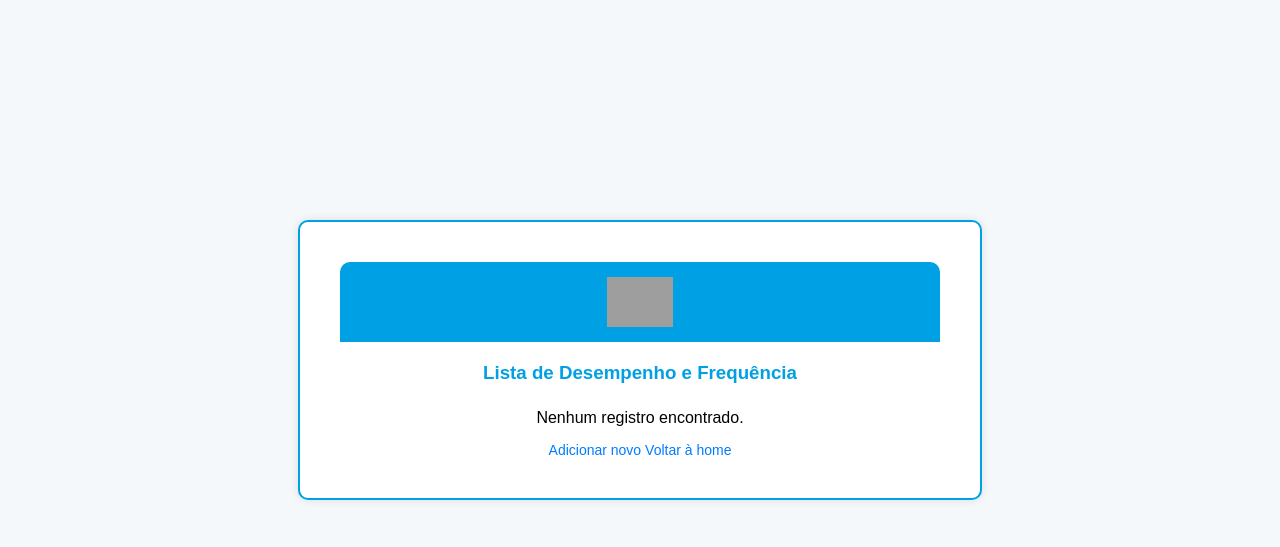
Repository: Guilherme-burle/Portal-do-Aluno-P2
Page: http://localhost/listDF/
The author's editor kept a copy of each file at every save. The page is drawn from the files as they stood at one save, then again after the next save.
The browser window is 1280 px wide. The pictures show the whole page.
Pictures or frames that could not be fetched are drawn as grey boxes. The page is served by the project's application, run on Django 5.2 (PortaldoAluno/manage.py). A made-up administrator, testuser (Test User, test@example.com), is signed in. Queries for data that is not in the repository find no rows.

Above is the page before, as saved 2025-05-19 19:24:59.

After the next save:
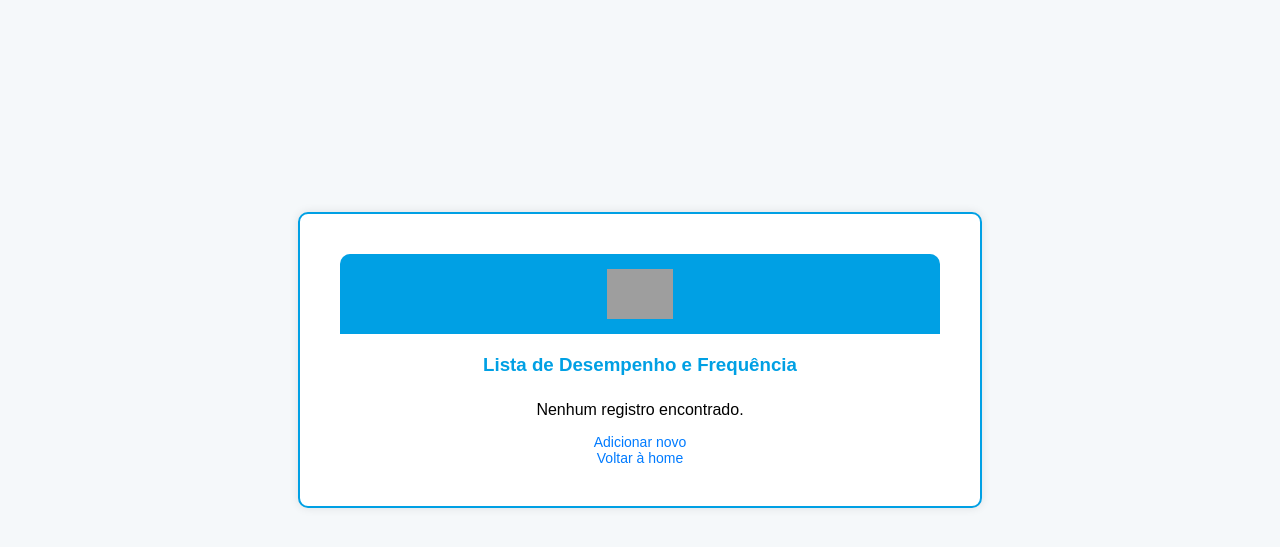
Saved 5 s later.
--- a/PortaldoAluno/Aplicativo/templates/listDF.html
+++ b/PortaldoAluno/Aplicativo/templates/listDF.html
@@ -118,7 +118,7 @@
   {% endfor %}
 
   <div class="voltar">
-    <a href="{% url 'addDF' %}">Adicionar novo</a>
+    <a href="{% url 'addDF' %}">Adicionar novo</a> <br>
     <a href="{% url 'home' %}">Voltar à home</a>
   </div>
 </div>

After the save that followed:
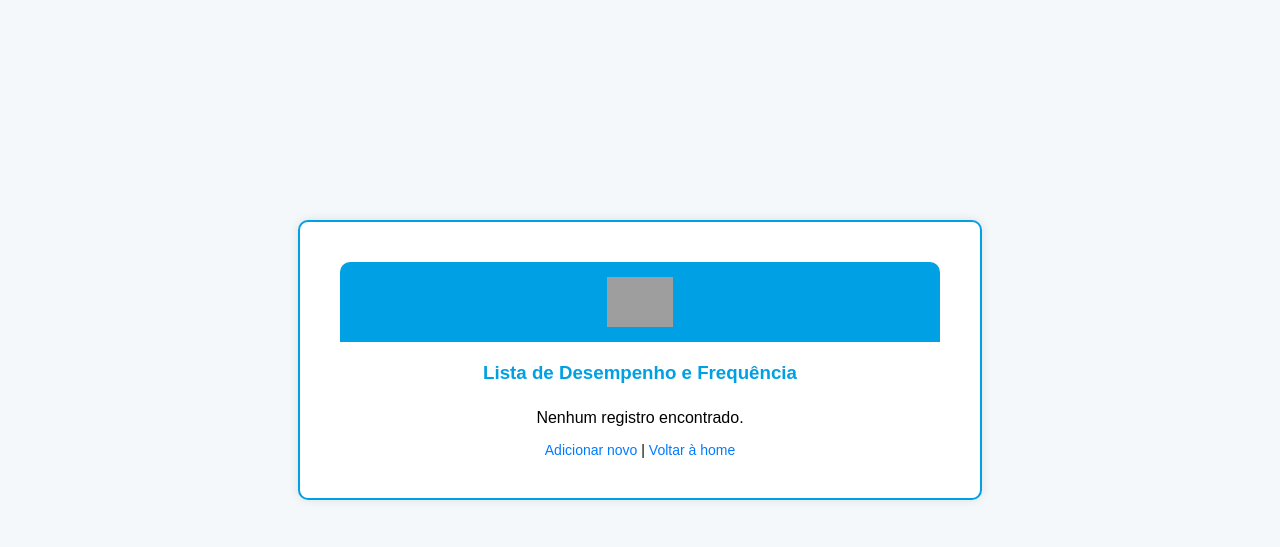
Saved 9 s later.
--- a/PortaldoAluno/Aplicativo/templates/listDF.html
+++ b/PortaldoAluno/Aplicativo/templates/listDF.html
@@ -118,7 +118,7 @@
   {% endfor %}
 
   <div class="voltar">
-    <a href="{% url 'addDF' %}">Adicionar novo</a> <br>
+    <a href="{% url 'addDF' %}">Adicionar novo</a> |
     <a href="{% url 'home' %}">Voltar à home</a>
   </div>
 </div>
